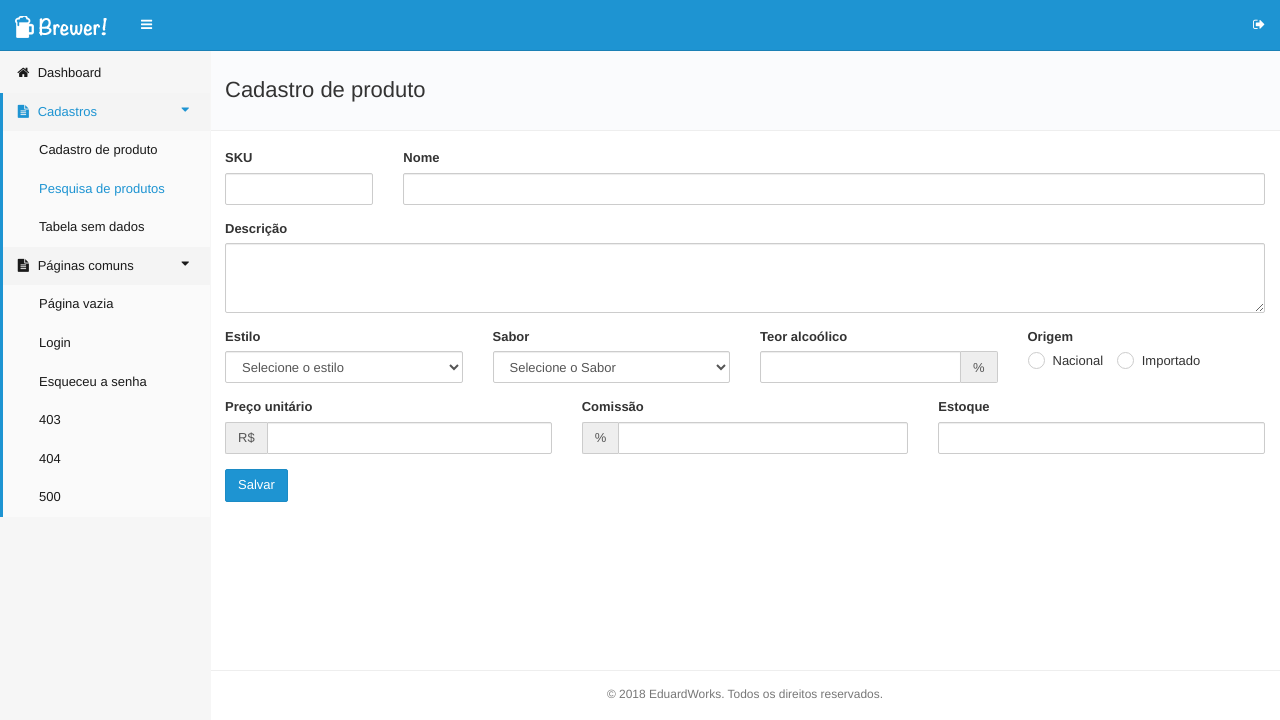
Repository: dumuller/spring-expert
Page: http://localhost/cerveja/CadastroCerveja
The author's editor kept a copy of each file at every save. The page is drawn from the files as they stood at one save, then again after the next save.
The browser window is 1280 px wide. The pictures show the whole page.
The page is this project's Thymeleaf template; nobody is signed in. The template is opened directly, without the code that normally fills it, so the values that code supplies are empty.

Above is the page before, as saved 2018-12-10 16:57:43.

After the next save:
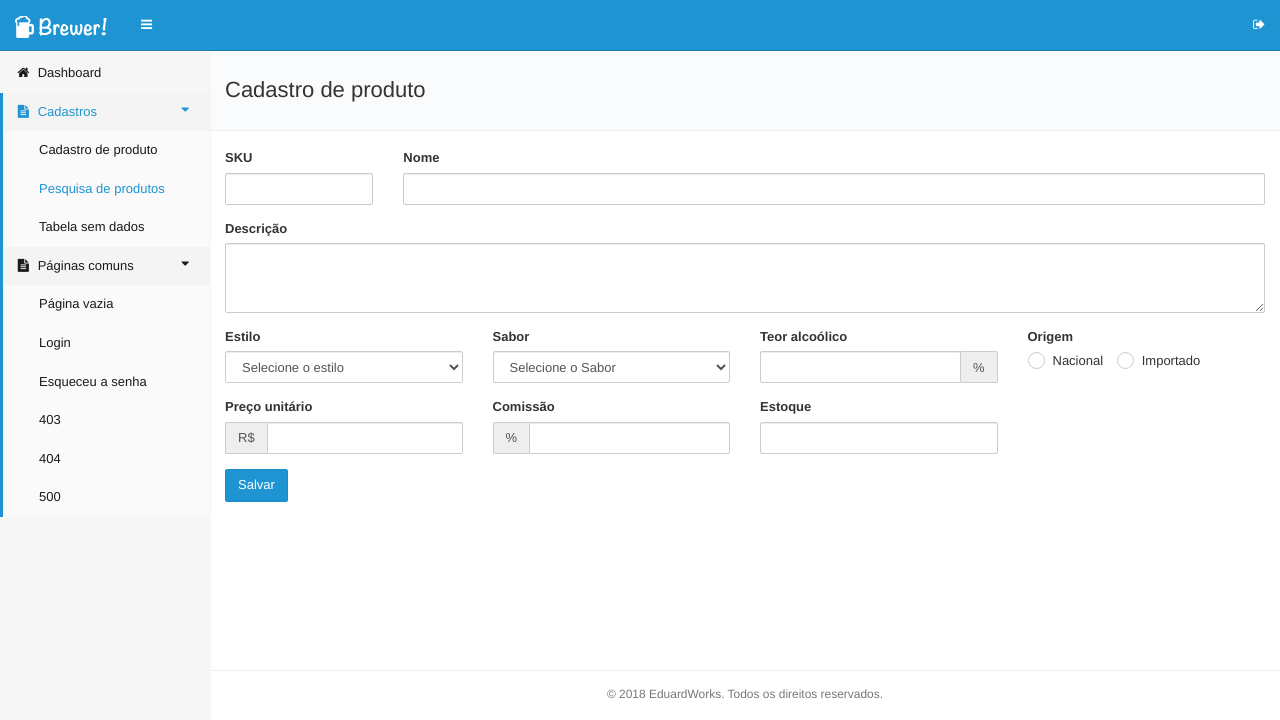
Saved 76 s later.
--- a/brewer/src/main/resources/templates/cerveja/CadastroCerveja.html
+++ b/brewer/src/main/resources/templates/cerveja/CadastroCerveja.html
@@ -180,7 +180,7 @@
 				</div>
 
 				<div class="row">
-					<div class="col-sm-4">
+					<div class="col-sm-3">
 						<div class="form-group">
 							<label for="preco">Preço unitário</label>
 							<div class="input-group">
@@ -190,7 +190,7 @@
 						</div>
 					</div>
 
-					<div class="col-sm-4">
+					<div class="col-sm-3">
 						<div class="form-group">
 							<label for="comissao">Comissão</label>
 							<div class="input-group">
@@ -200,7 +200,7 @@
 						</div>
 					</div>
 
-					<div class="col-sm-4">
+					<div class="col-sm-3">
 						<div class="form-group">
 							<label for="estoque">Estoque</label>
 							<input id="estoque" type="text" class="form-control"/>
